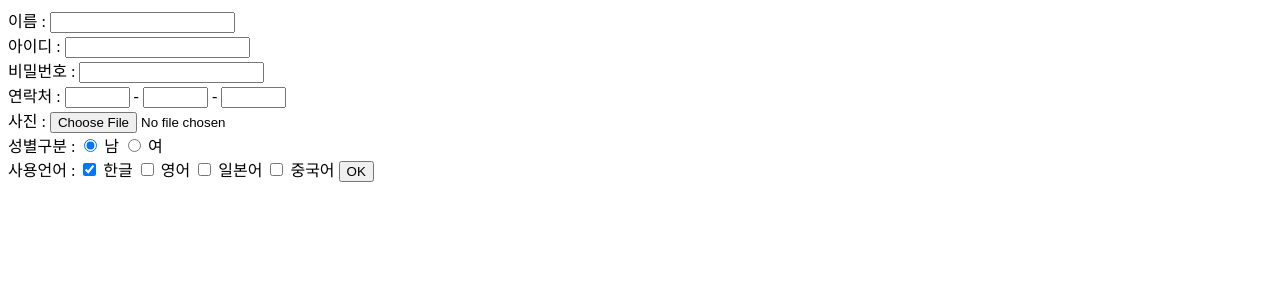
Repository: usonihs/StudyX
Page: JSP/HTML/src/main/webapp/Lec06.html
These files come from the project's save history. The page is drawn as it stood at one moment and after the next save; the edit follows.
The browser window is 1280 px wide. The pictures show the whole page.

Above is the page before, as saved 2022-10-19 06:08:29.

After the next save:
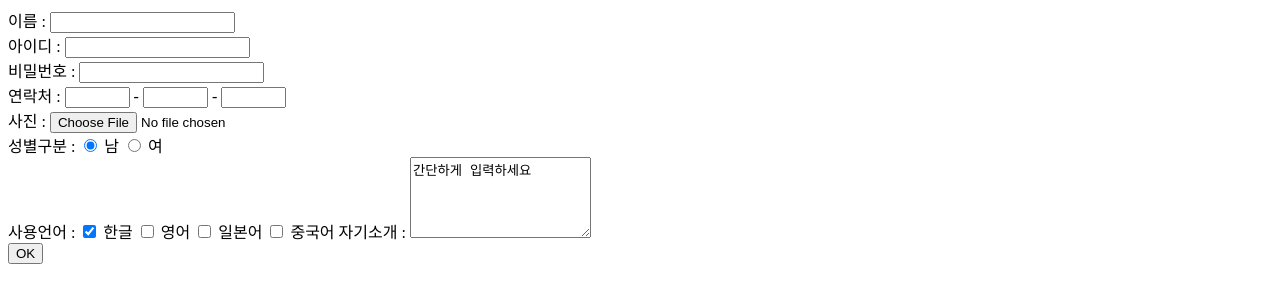
Saved 86 s later.
--- a/JSP/HTML/src/main/webapp/Lec06.html
+++ b/JSP/HTML/src/main/webapp/Lec06.html
@@ -23,6 +23,9 @@
 		<input type="checkbox" name="lang" value="jpn"> 일본어
 		<input type="checkbox" name="lang" value="chn"> 중국어
 
+		자기소개 :
+		<textarea rows="5" cols="20">간단하게 입력하세요</textarea><br>
+
 		<input type="submit" name="okBtn" value="OK">
 	</form>
 </body>
